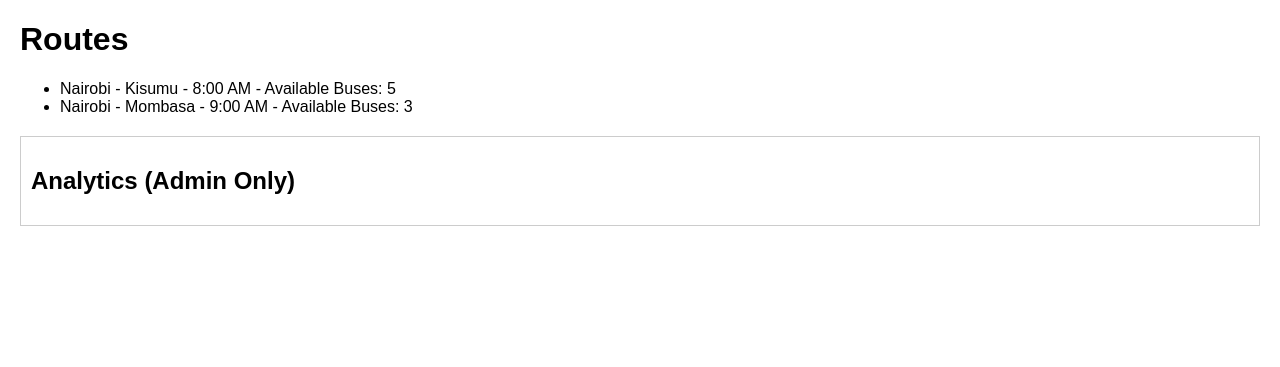
Repository: Ndegwa2/Smart-Transport-System
Page: routes.html
An editor plug-in stored every save of this project. The page is shown before and after the next save, followed by the edit.
The browser window is 1280 px wide. The pictures show the whole page.

Above is the page before, as saved 2025-03-28 15:29:07.

After the next save:
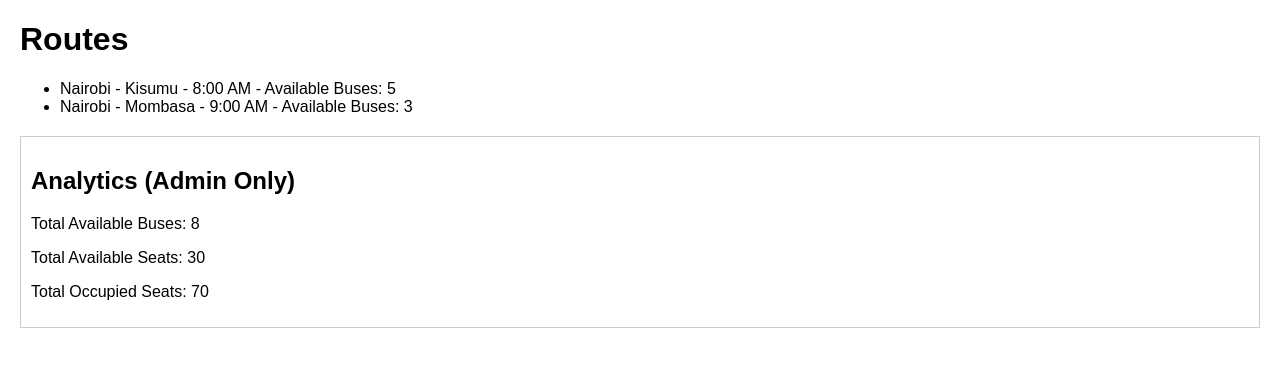
Saved 1 s later.
--- a/script.js
+++ b/script.js
@@ -2,12 +2,16 @@ const routesData = [
   {
   route: "Nairobi - Kisumu",
   time: "8:00 AM",
-  availableBuses: 5
+  availableBuses: 5,
+  availableSeats: 20,
+  occupiedSeats: 30
   },
   {
   route: "Nairobi - Mombasa",
   time: "9:00 AM",
-  availableBuses: 3
+  availableBuses: 3,
+  availableSeats: 10,
+  occupiedSeats: 40
   }
  ];
 
@@ -21,4 +25,33 @@ const routesData = [
   routesSection.innerHTML = routesHTML;
  }
 
+ function displayAnalytics() {
+  if (isAdmin()) {
+  const busAnalyticsSection = document.getElementById("bus-analytics");
+  const seatAnalyticsSection = document.getElementById("seat-analytics");
+
+  let totalAvailableBuses = 0;
+  let totalAvailableSeats = 0;
+  let totalOccupiedSeats = 0;
+
+  routesData.forEach(route => {
+  totalAvailableBuses += route.availableBuses;
+  totalAvailableSeats += route.availableSeats;
+  totalOccupiedSeats += route.occupiedSeats;
+  });
+
+  busAnalyticsSection.innerHTML = `<p>Total Available Buses: ${totalAvailableBuses}</p>`;
+  seatAnalyticsSection.innerHTML = `<p>Total Available Seats: ${totalAvailableSeats}</p><p>Total Occupied Seats: ${totalOccupiedSeats}</p>`;
+  } else {
+  const analyticsSection = document.getElementById("analytics");
+  analyticsSection.innerHTML = "<p>Analytics available to admins only.</p>";
+  }
+ }
+
+ function isAdmin() {
+  // Replace with actual authentication check
+  return true;
+ }
+
  displayRoutes();
+ displayAnalytics();
